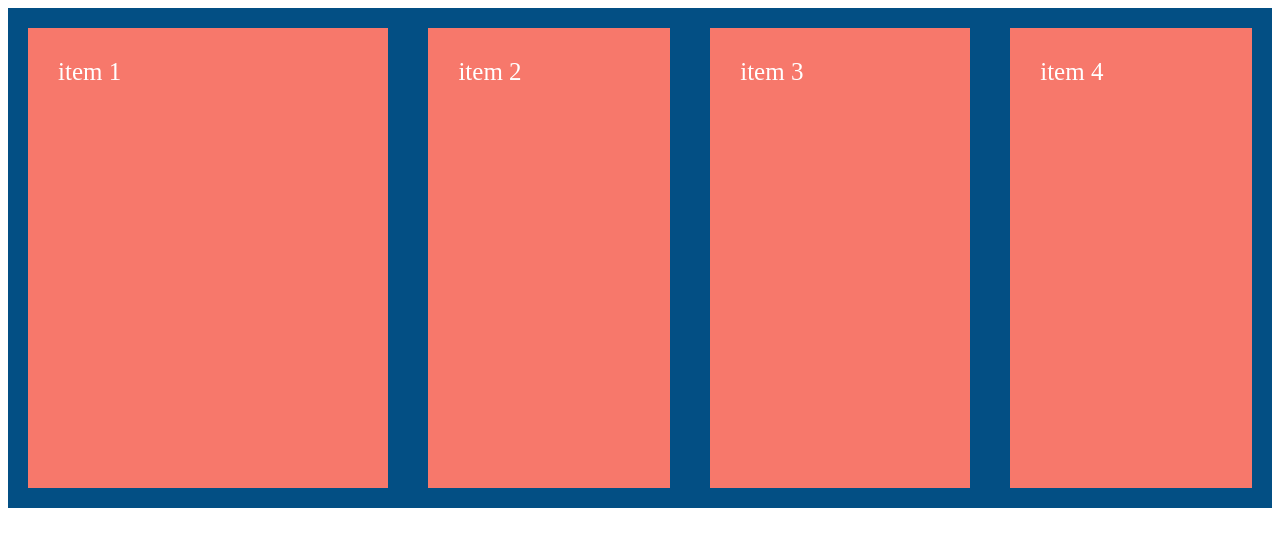
Repository: mehmetbuber38/flex
Page: flex-item-properties.html
These files come from the project's save history. The page is drawn as it stood at one moment and after the next save; the edit follows.
The browser window is 1280 px wide. The pictures show the whole page.

Above is the page before, as saved 2022-01-31 20:36:30.

### flex-item-properties.html
<!DOCTYPE html>
<html lang="en">

<head>
    <meta charset="UTF-8">
    <meta http-equiv="X-UA-Compatible" content="IE=edge">
    <meta name="viewport" content="width=device-width, initial-scale=1.0">
    <title>Flex Container</title>
</head>
<style>
    .container {
        display: flex;

        height: 500px;
        background-color: #034f84;

    }

    .item-1 {
        flex-grow: 2;
        /*Varsayılandan hariç verilen deger kadar alan kaplar 2ye değer alanı kaplar.*/
    }

    .item-2 {
        flex-grow: 1;
        /*1 e değer verilen alanı kaplar. */
    }

    .item-3 {
        flex-basis: 200px;
    }

    .item-4 {
        flex-grow: 1;
    }

    .item {
        background-color: #f7786b;
        padding: 30px;
        margin: 20px;
        color: #fff;
        font-size: 25px;
    }
</style>

<body>
    <div class="container">
        <div class="item item-1">item 1</div>
        <div class="item item-2">item 2</div>
        <div class="item item-3">item 3</div>
        <div class="item item-4">item 4</div>

    </div>

</body>

</html>

After the next save:
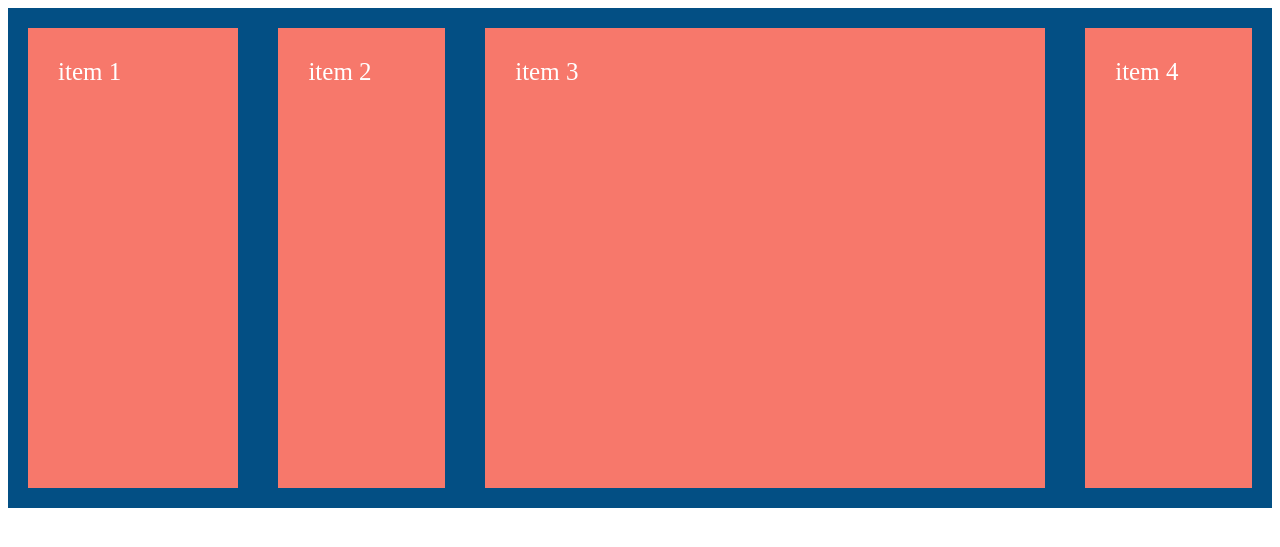
Saved 23 s later.
--- a/flex-item-properties.html
+++ b/flex-item-properties.html
@@ -27,7 +27,7 @@
     }
 
     .item-3 {
-        flex-basis: 200px;
+        flex-basis: 20em;
     }
 
     .item-4 {
